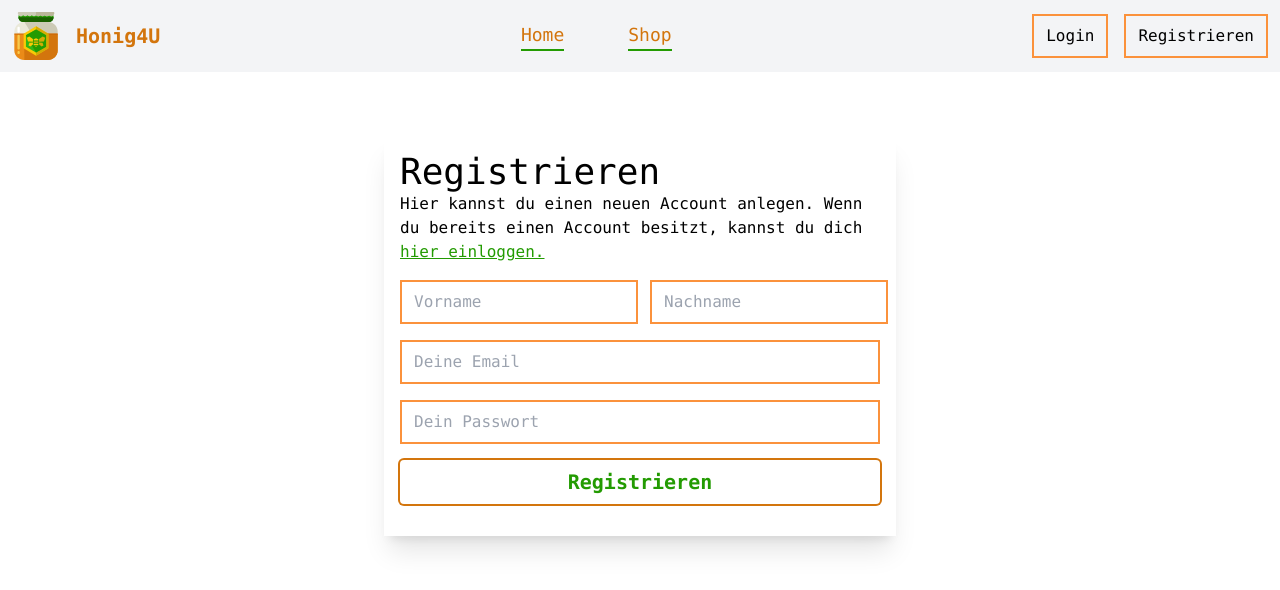
Repository: cainytheslave/PHPHonigShop
Page: http://localhost/registrierung.php
The author's editor kept a copy of each file at every save. The page is drawn from the files as they stood at one save, then again after the next save.
The browser window is 1280 px wide. The pictures show the whole page.
The page is run by PHP 8.4 with error messages shown; the project is at /var/www/html/. Style sheets and scripts are compiled from the project's sources, by tool versions that may differ from the author's.

Above is the page before, as saved 2022-03-11 01:48:29.

After the next save:
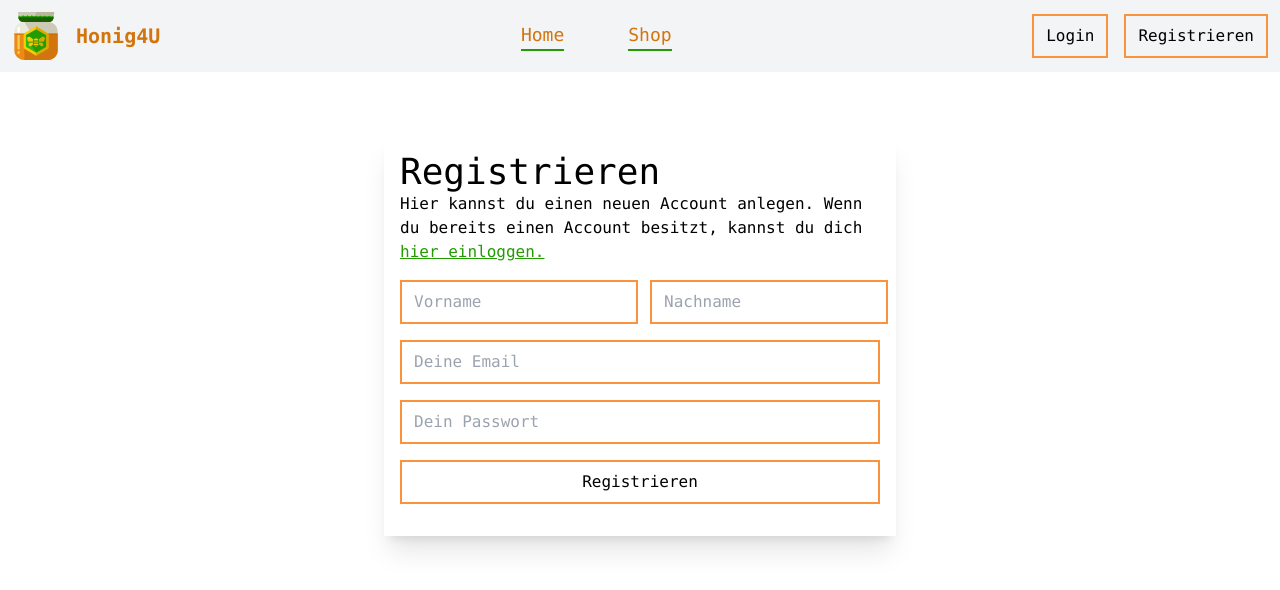
Saved 55 s later.
--- a/registrierung.php
+++ b/registrierung.php
@@ -85,7 +85,7 @@ if (isset($_POST['register'])) {
                 </div>
                 <?= Komponente::input('email', 'Deine Email', 'email') ?>
                 <?= Komponente::input('password', 'Dein Passwort', 'password') ?>
-                <input type="submit" class="px-2 py-2 text-xl font-semibold rounded ring-2 text-honeygreen ring-honey" name="register" value="Registrieren">
+                <?= Komponente::button('Registrieren', 'register') ?>
             </form>
         </section>
     </main>
